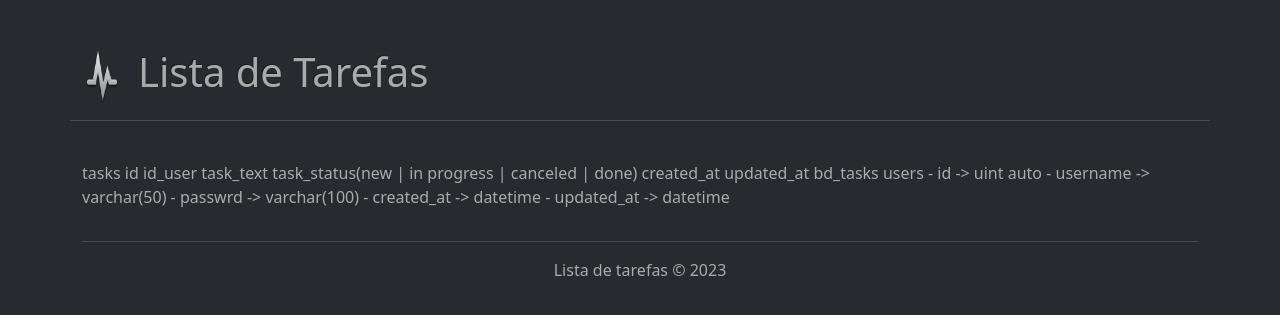
Repository: cargugati/lista_tarefas
Page: frontEnd/new_task.html
The author's editor kept a copy of each file at every save. The page is drawn from the files as they stood at one save, then again after the next save.
The browser window is 1280 px wide. The pictures show the whole page.

Above is the page before, as saved 2023-03-30 10:25:11.

After the next save:
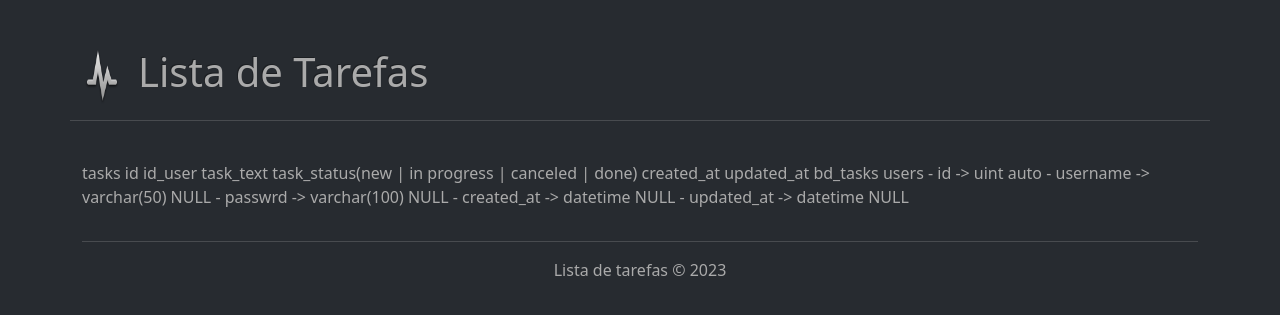
Saved 14 s later.
--- a/frontEnd/new_task.html
+++ b/frontEnd/new_task.html
@@ -39,10 +39,10 @@
     bd_tasks
     users
     - id -> uint auto
-    - username -> varchar(50)
-    - passwrd -> varchar(100)
-    - created_at -> datetime
-    - updated_at -> datetime
+    - username -> varchar(50) NULL
+    - passwrd -> varchar(100) NULL
+    - created_at -> datetime NULL
+    - updated_at -> datetime NULL
 
 
 
